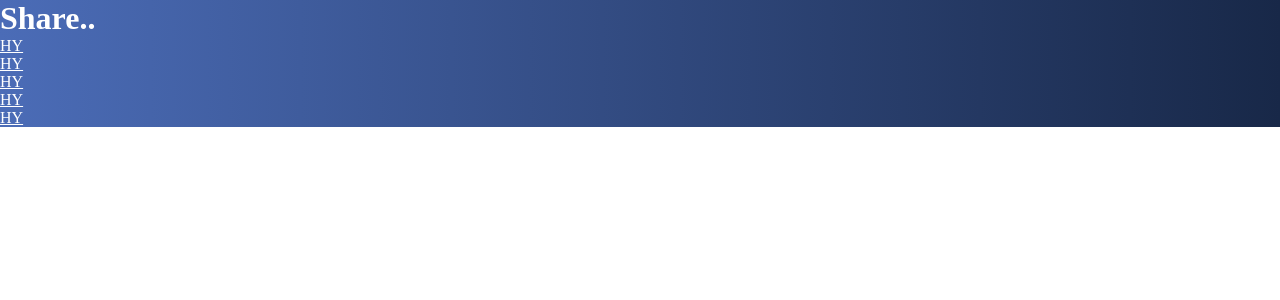
Repository: bhandarii7/TabX
Page: index.html
The author's editor kept a copy of each file at every save. The page is drawn from the files as they stood at one save, then again after the next save.
The browser window is 1280 px wide. The pictures show the whole page.

Above is the page before, as saved 2021-10-04 20:59:37.

### index.html
<html lang="en">
<head>
    <meta charset="UTF-8">
    <meta http-equiv="X-UA-Compatible" content="IE=edge">
    <meta name="viewport" content="width=device-width, initial-scale=1.0">
    <link rel="stylesheet" href="style1.css">
    <title>Extension</title>
</head>
<body>
    <div class="box">
    <h1>Share..</h1>
    <div class="button">
        <ul>
            <li><a href="">HY</a></li>
            <li><a href="">HY</a></li>
            <li><a href="">HY</a></li>
            <li><a href="">HY</a></li>
            <li><a href="">HY</a></li>

        </ul>
    </div>

    </div>
</body>
</html>

### style1.css
*{
    margin: 0%;
    padding: 0%;
    color: white;
}
.box{
    background-image: linear-gradient(to right,#4b6cb7,#182848);
}

After the next save:
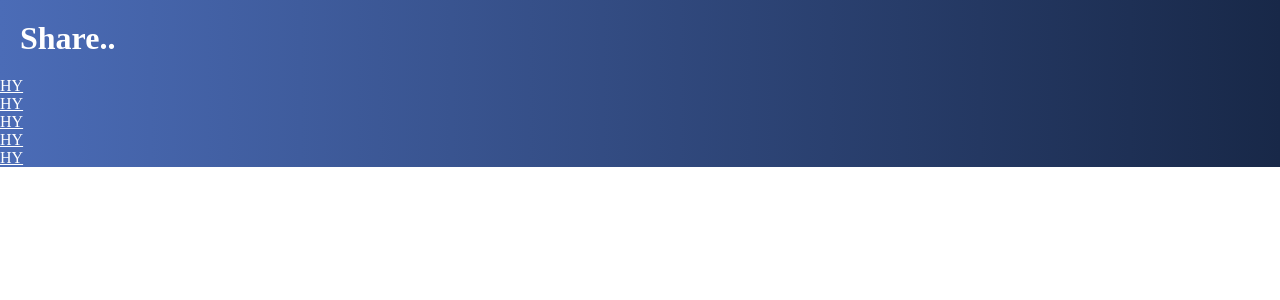
Saved 34 s later.
--- a/style1.css
+++ b/style1.css
@@ -3,6 +3,9 @@
     padding: 0%;
     color: white;
 }
+h1{
+    padding: 20px;
+}
 .box{
     background-image: linear-gradient(to right,#4b6cb7,#182848);
 }
